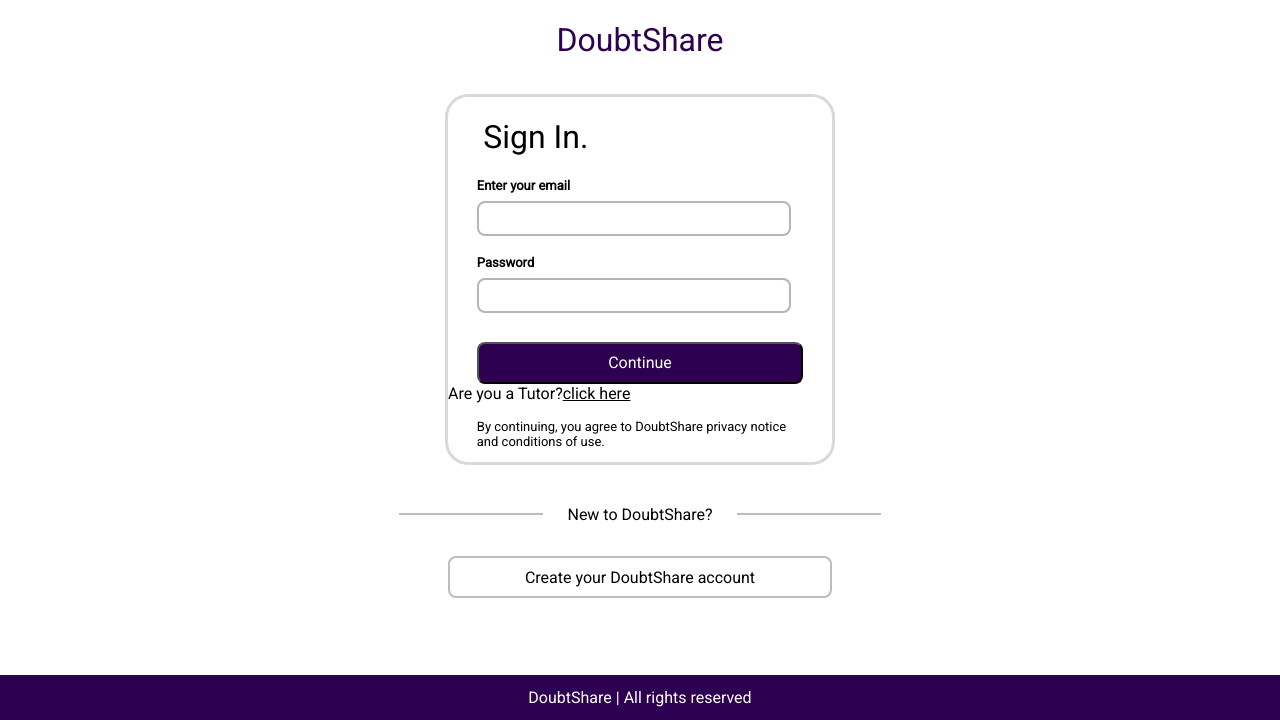
Repository: drumsmanku/doubtshare
Page: /login/student (app in frontend/)
An editor plug-in stored every save of this project. The page is shown before and after the next save, followed by the edit.
The browser window is 1280 px wide. The pictures show the whole page.
The project was rebuilt for these pictures with package versions that can differ from the ones it lists, and the page was loaded fresh each time. Also part of the build but not shown: frontend/src/App.css, frontend/src/Components/Register/Register.js, frontend/src/Components/Dashboard/Dashboard.js, frontend/src/Components/LoginTutor/LoginTutor.js, frontend/src/Components/RegisterTutor/RegisterTutor.js.

Above is the page before, as saved 2023-12-30 11:58:50.

After the next save:
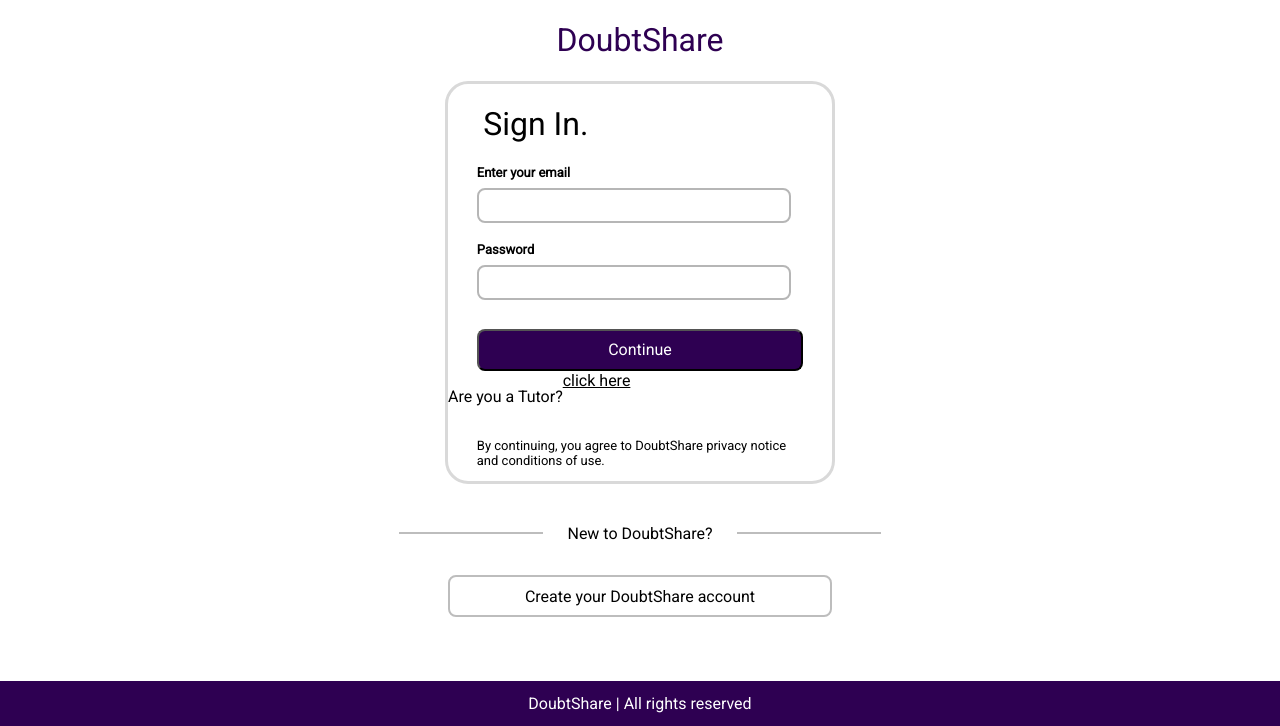
Saved 20 s later.
--- a/frontend/src/Components/Login/Login.js
+++ b/frontend/src/Components/Login/Login.js
@@ -84,7 +84,7 @@ function Login() {
           </div>
 
           <div style={{width:'100%', display:'flex'}}>
-            Are you a Tutor?
+             <p>Are you a Tutor?</p>
              <u style={{ cursor:'pointer'}} onClick={()=>{navigate('/login/tutor')}}>click here</u>
           </div>
 
